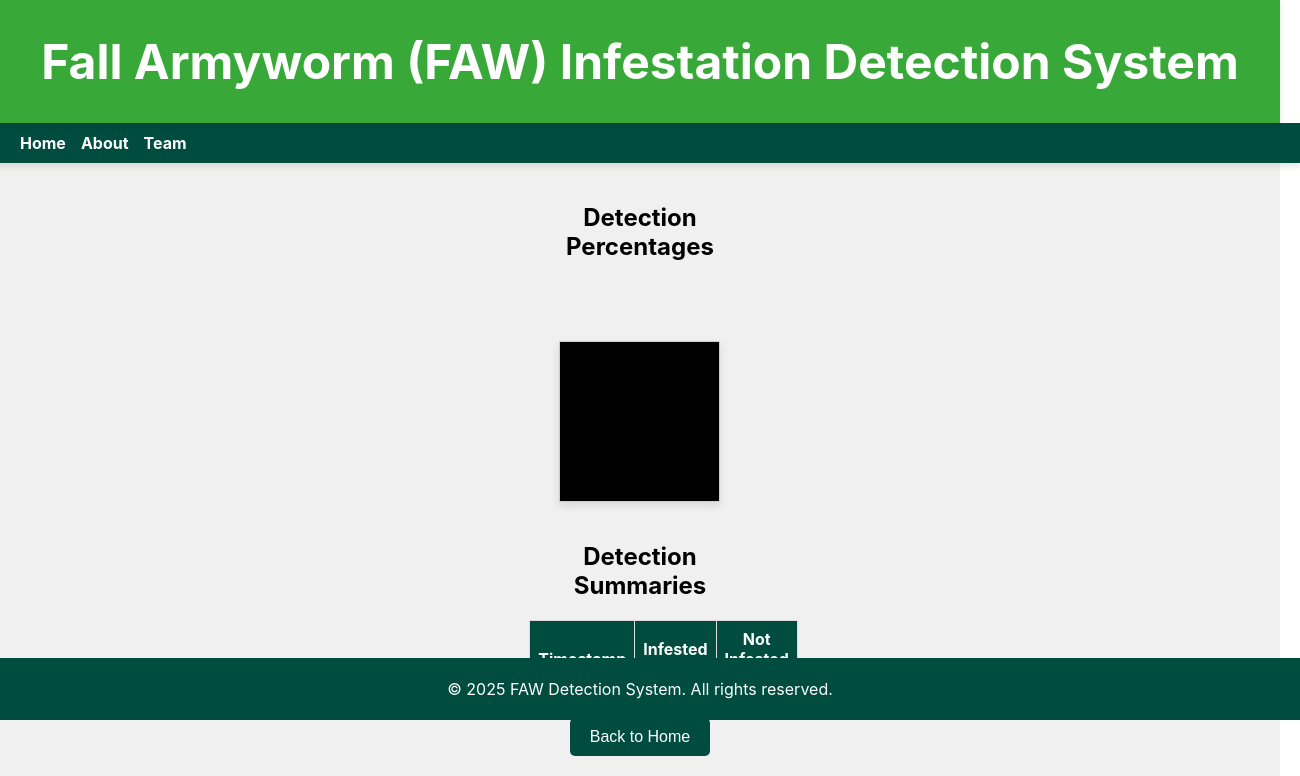
Repository: jansen223/faw-detection-main
Page: /summary
The author's editor kept a copy of each file at every save. The page is drawn from the files as they stood at one save, then again after the next save.
The browser window is 1280 px wide. The page is 1300 px wide, so the pictures cover 1300 px, including what lies to the right of the window. The pictures show the whole page.
The page's requests for data from a server got no answer. The project was rebuilt for these pictures with package versions that can differ from the ones it lists, and the page was loaded fresh each time. No one was signed in, and anything a server would have sent is missing. Also part of the build but not shown: src/pages/Home.js, src/pages/About.css, src/pages/About.js, src/pages/Team.css, src/pages/Team.js.

Above is the page before, as saved 2025-04-10 17:00:46.

After the next save:
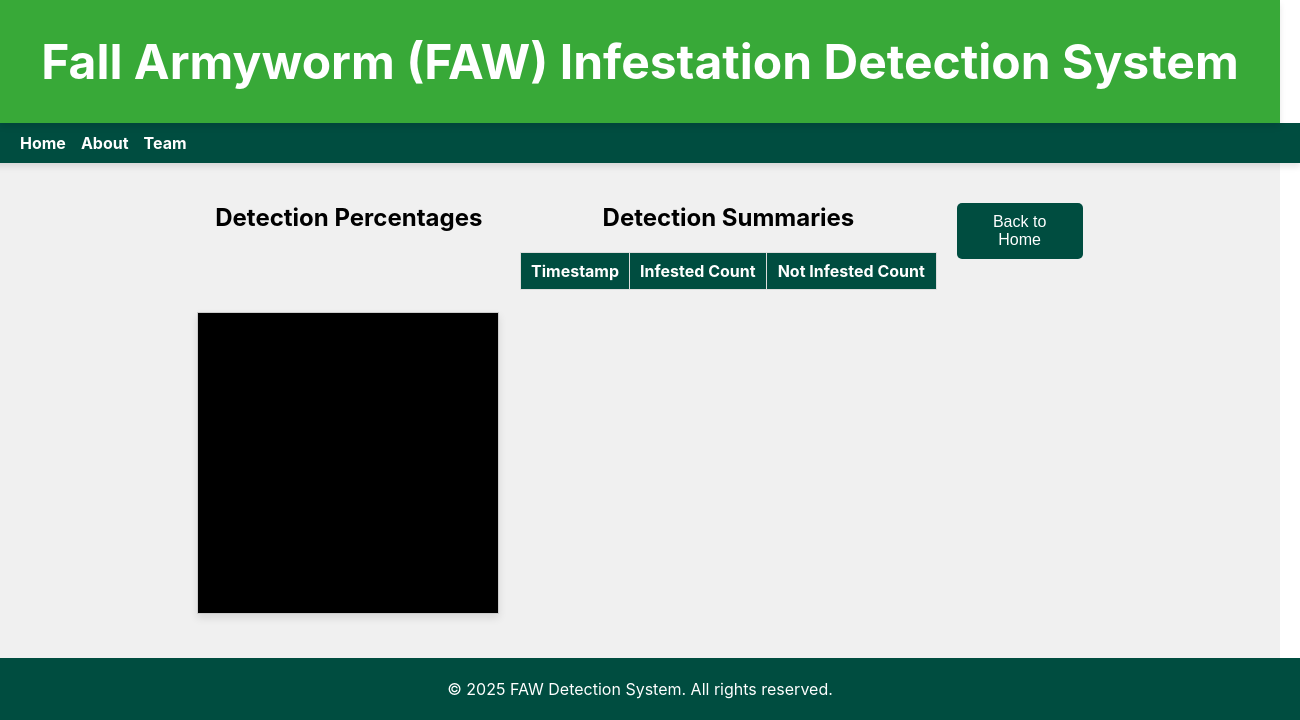
Saved 112 s later.
--- a/src/pages/Summary.css
+++ b/src/pages/Summary.css
@@ -1,12 +1,14 @@
 .summary-and-percentages-container {
   display: flex;
-  flex-direction: column;
-  align-items: center;
+  flex-direction: row; /* Arrange items horizontally */
+  justify-content: space-between; /* Add space between the chart and summary */
+  align-items: flex-start; /* Align items at the top */
   padding: 20px;
+  gap: 20px; /* Add spacing between the chart and summary */
 }
 
 .chart-section {
-  width: 40%;
+  width: 40%; /* Adjust width for the pie chart */
   text-align: center;
 }
 
@@ -16,8 +18,7 @@
 }
 
 .summary-section {
-  width: 55%;
-  margin-top: 20px;
+  width: 55%; /* Adjust width for the summary table */
 }
 
 .summary-section h2 {
